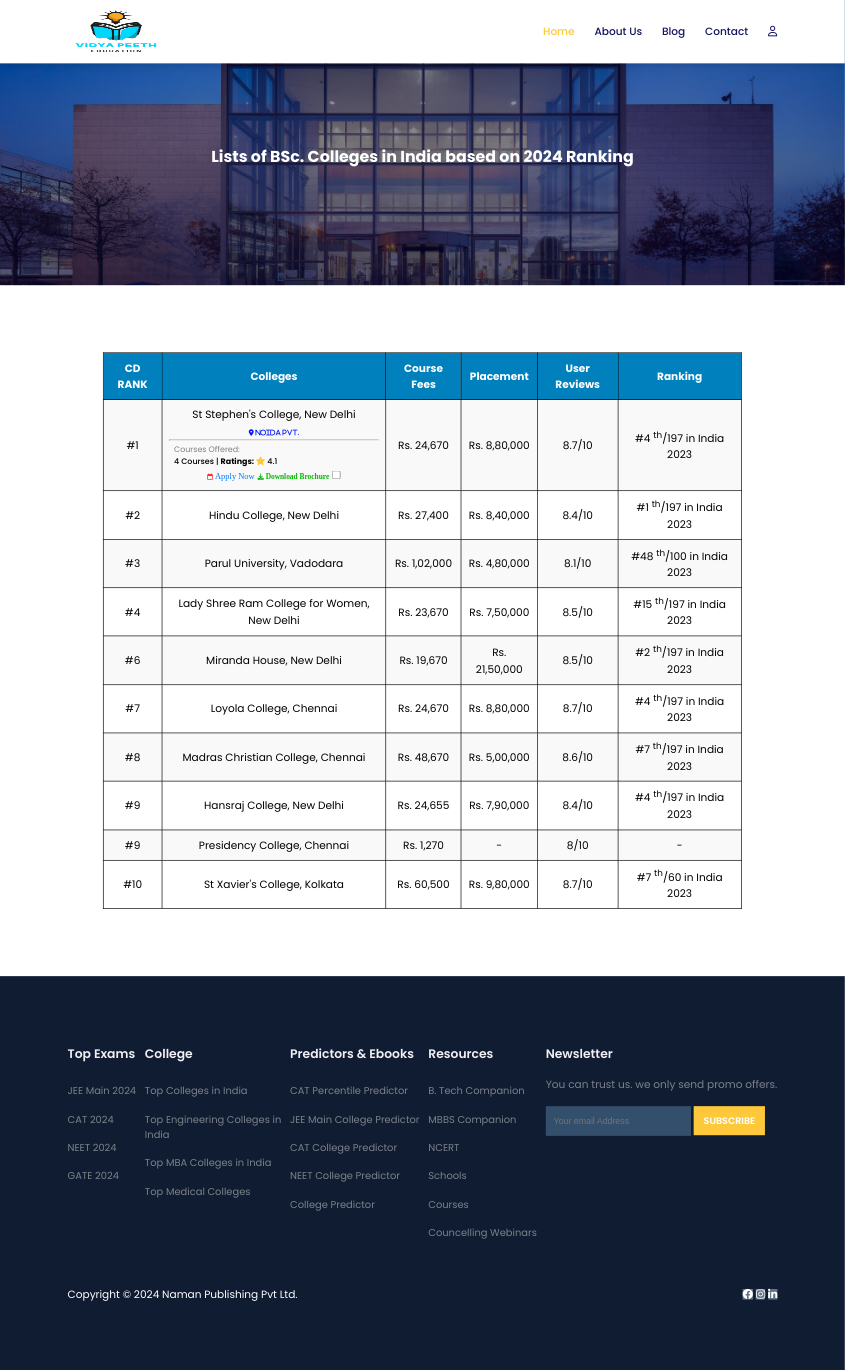
Repository: NamanSahu09/VidyaPreet-Ed-Tech-Website
Page: bsc.html
The author's editor kept a copy of each file at every save. The page is drawn from the files as they stood at one save, then again after the next save.
The browser window is 1280 px wide. The pictures show the whole page, at 66% of full size.
Some web libraries are served in a nearby version.

Above is the page before, as saved 2024-04-12 13:24:05.

### bsc.html
<!DOCTYPE html>
<html lang="en">
<head>
	<meta charset="UTF-8">
	<meta name="viewport" content="width=device-width, initial-scale=1.0">
	<title>Top BSc Colleges in India</title>

	<!-- font Awesome CDN link -->
	<link rel="stylesheet" href="https://cdnjs.cloudflare.com/ajax/libs/font-awesome/6.1.1/css/all.min.css" />

	<!-- External CSS -->
	<!-- <link rel="stylesheet" href="style.css"> -->
	<!-- <link rel="stylesheet" href="about.css"> -->
	<link rel="stylesheet" href="bsc.css">



	<!-- JQuery CDN link -->
	<script src="https://code.jquery.com/jquery-3.6.0.min.js" integrity="sha256-/xUj+3OJU5yExlq6GSYGSHk7tPXikynS7ogEvDej/m4=" crossorigin="anonymous"></script>
</head>
<body>
	<!-- Navigation start -->
	<nav>
		<img src="img/Vidya peeth.png" class="logo" alt="" height="70px"  width="250px"/>

		<div class="navigation">
			<ul>
				<i id="menu-close" class="fas fa-times"></i>
				<li><a href="index.html" class="active">Home</a></li>
				<li><a href="about.html">About Us</a></li>
				<li><a href="blog.html">Blog</a></li>
				<!-- <li><a href="courses.html">Courses</a></li> -->
				<li><a href="contact.html">Contact</a></li>
				<li><a href="#">
					<i class="far fa-user"></i>
					</a>
				</li>


			</ul>

			<img src="img/menu.png" id="menu-btn" alt="">
		</div>
	</nav>
	<!-- Navigation ends -->



  <!-- login sign-up-form -->

  <div class="form">
    <!-- login -->
    <div class="login-form">

      <!-- cancel-btn -->

      <a href="#" class="form-cancel">
        <i class="fas fa-times"></i>
      </a>


      <strong>Log In</strong>
      <!-- inputs -->
      <form >
        <input type="email" placeholder="Example@gmail.com" name="email" required>
        <input type="password" placeholder="Password" name="password" required>
        <!-- submit-btn -->
        <input type="submit" value="Log In">
      </form>

      <!-- Forget-and-signup -->
      <div class="form-btns">
          <a href="#" class="forget">Forget Your Password?</a>
          <a href="#" class="sign-up-btn">Create Account</a>
    </div>

    </div>




     <!-- Sign Up -->
     <div class="sign-up-form">

      <!-- cancel-btn -->

      <a href="#" class="form-cancel">
        <i class="fas fa-times"></i>
      </a>


      <strong>Sign In</strong>
      <!-- inputs -->
      <form >
        <input type="text" placeholder="Full Name" name="fullname" required>
        <input type="email" placeholder="Example@gmail.com" name="email" required>
        <input type="password" placeholder="Password" name="password" required>
        <!-- submit-btn -->
        <input type="submit" value="Sign Up">
      </form>

      <!-- Forget-and-signup -->
      <div class="form-btns">
          <a href="#" class="already-acount">Already have Account?</a>
    </div>

    </div>

  </div>







	<!-- Hero section starts from here -->
	<section id="about-home">
		<h2>
			Lists of BSc. Colleges in India based on 2024 Ranking
		</h2>
	</section>
	<!-- Hero section ends from here -->


	<section id="contact">


		<table cellspacing="10px" cellpadding="10px" border="1" align="center"  class="custom-table">
			<tr align="center">
	<th>CD RANK</th>
	<th>Colleges</th>
	<th>Course Fees</th>
	<th>Placement</th>
	<th>User Reviews</th>
	<th>Ranking</th>
	</tr>

	<tr align="center">
	<td>#1</td>
	<td><a href="https://www.ststephens.edu/">St Stephen's College, New Delhi</a><br>
		<i class="fa-solid fa-location-dot " style="font-size: 10px; "> Noida Pvt.</i>
		<hr>


	<p style="font-size: 12px; color: grey; margin-left: 0.5rem; margin-top: 4px;" align="left">Courses Offered:</p>
	<p align="left" style="margin-left: 0.5rem; font-size: 12px; font-weight: 500; ">4 Courses |
			<b>Ratings: </b><i align="left" class="fa-solid fa-star"></i> 4.1
	</p>



	<i class="fa-regular fa-calendar" align="left"><a href="https://www.ststephens.edu/"> Apply Now</a> </i>
	<i class="fa-solid fa-download" align="center"><a href=""> Download Brochure</a></i>
	<input type="checkbox">
	<label for="compare"></label>









	</td>
	<td>Rs. 24,670</td>
	<td>Rs. 8,80,000</td>
	<td>8.7/10</td>
	<td>#4 <sup>th</sup>/197 in India 2023 </td>
	</tr>

	<tr align="center">
	<td>#2</td>
	<td><a href="https://hinducollege.ac.in/">Hindu College, New Delhi  </a></td>
	<td>Rs. 27,400</td>
	<td>Rs. 8,40,000</td>
	<td>8.4/10</td>
	<td>#1 <sup>th</sup>/197 in India 2023 </td>
	</tr>	<tr align="center">
	<td>#3</td>
	<td><a href="https://paruluniversity.ac.in/">Parul University, Vadodara</a></td>
	<td>Rs. 1,02,000</td>
	<td>Rs. 4,80,000</td>
	<td>8.1/10</td>
	<td>#48 <sup>th</sup>/100 in India 2023 </td>
	</tr>	<tr align="center">
	<td>#4</td>
	<td>Lady Shree Ram College for Women, New Delhi</td>
	<td>Rs. 23,670</td>
	<td>Rs. 7,50,000</td>
	<td>8.5/10</td>
	<td>#15 <sup>th</sup>/197 in India 2023 </td>
	</tr>	<tr align="center">
	<td>#6</td>
	<td>Miranda House, New Delhi</td>
	<td>Rs. 19,670</td>
	<td>Rs. 21,50,000</td>
	<td>8.5/10</td>
	<td>#2 <sup>th</sup>/197 in India 2023 </td>
	</tr>	<tr align="center">
	<td>#7</td>
	<td>Loyola College, Chennai</td>
	<td>Rs. 24,670</td>
	<td>Rs. 8,80,000</td>
	<td>8.7/10</td>
	<td>#4 <sup>th</sup>/197 in India 2023 </td>
	</tr>	<tr align="center">
	<td>#8</td>
	<td>Madras Christian College, Chennai</td>
	<td>Rs. 48,670</td>
	<td>Rs. 5,00,000</td>
	<td>8.6/10</td>
	<td>#7 <sup>th</sup>/197 in India 2023 </td>
	</tr>	<tr align="center">
	<td>#9</td>
	<td>Hansraj College, New Delhi</td>
	<td>Rs. 24,655</td>
	<td>Rs. 7,90,000</td>
	<td>8.4/10</td>
	<td>#4 <sup>th</sup>/197 in India 2023 </td>
	</tr>	<tr align="center">
	<td>#9</td>
	<td>Presidency College, Chennai</td>
	<td>Rs. 1,270</td>
	<td> - </td>
	<td>8/10</td>
	<td > - </td>
	</tr>	<tr align="center">
	<td>#10</td>
	<td>St Xavier's College, Kolkata</td>
	<td>Rs. 60,500</td>
	<td>Rs. 9,80,000</td>
	<td>8.7/10</td>
	<td>#7 <sup>th</sup>/60 in India 2023 </td>
	</tr>


	</table>












	</section>






<!--
	<section id="map">
		<iframe src="https://www.google.com/maps/embed?pb=!1m18!1m12!1m3!1d30711686.029386617!2d64.41853642919325!3d20.009139591170264!2m3!1f0!2f0!3f0!3m2!1i1024!2i768!4f13.1!3m3!1m2!1s0x30635ff06b92b791%3A0xd78c4fa1854213a6!2sIndia!5e0!3m2!1sen!2sin!4v1652012148253!5m2!1sen!2sin" style="border:0;" allowfullscreen="" loading="lazy" referrerpolicy="no-referrer-when-downgrade"></iframe>
	</section> -->


	<!-- Footer section starts from here -->
	<footer>
		<div class="footer-col">
			<h3>Top Exams</h3>
			<li>JEE Main 2024</li>
			<li>CAT 2024</li>
			<li>NEET 2024</li>
			<li>GATE 2024</li>

		</div>

		<div class="footer-col">
			<h3>College</h3>
			<li>Top Colleges in India</li>
			<li>Top Engineering Colleges in <br>India</li>
			<li>Top MBA Colleges in India</li>
			<li>Top Medical Colleges</li>
		</div>

		<div class="footer-col">
			<h3>Predictors & Ebooks</h3>
			<li>CAT Percentile Predictor</li>
			<li>JEE Main College Predictor</li>
			<li>CAT College Predictor</li>
			<li>NEET College Predictor</li>
			<li>College Predictor</li>
		</div>

		<div class="footer-col">
			<h3>Resources</h3>
			<li>B. Tech Companion</li>
			<li>MBBS Companion</li>
			<li>NCERT</li>
			<li>Schools</li>
			<li>Courses</li>
			<li>Councelling Webinars</li>
		</div>

		<div class="footer-col">
			<h3>Newsletter</h3>
			<p>You can trust us. we only send promo offers.</p>

			<div class="subscribe">
				<input type="email" placeholder="Your email Address">
				<a href="#" class="yellow">SUBSCRIBE</a>
			</div>
		</div>

		<div class="copyright">
			<p align="center">
				Copyright &copy; 2024 Naman Publishing Pvt Ltd.
			</p>
			<div class="pro-links">
				<i class="fab fa-facebook"></i>
				<i class="fab fa-instagram"></i>
				<i class="fab fa-linkedin-in"></i>
			</div>
		</div>
	</footer>
	<!-- Footer section ends from here -->

	<script>
		// Show menu links on burger click
		$('#menu-btn').click(function(){
			$('nav .navigation ul').addClass('active')
		});

		// Hide navbar on click function
		$('#menu-close').click(function(){
			$('nav .navigation ul').removeClass('active')
		});

 /*---For Login and Sign-up----------------------------*/

 $(document).on('click', '.far.fa-user', function(){
    $('.form').addClass('login-active').removeClass('sign-up-active');
});

$(document).on('click', '.sign-up-btn', function(){
    $('.form').removeClass('login-active').addClass('sign-up-active');
});

$(document).on('click', '.form-cancel', function(){
    $('.form').removeClass('login-active').removeClass('sign-up-active');
});

$(document).on('click', '.already-acount', function(){
    $('.form').addClass('login-active').removeClass('sign-up-active');
});


	</script>

</body>
</html>

### bsc.css
@import url('https://fonts.googleapis.com/css2?family=Inter:wght@100;200;300;400;500&family=Poppins:ital,wght@0,100;0,200;0,300;0,400;0,500;0,600;0,700;0,800;0,900;1,700;1,800;1,900&display=swap');
*
{
	margin: 0;
	padding: 0;
	box-sizing: border-box;
}
body
{
	font-family: 'Poppins', sans-serif;
}
h1
{
	font-size: 2.5rem;
	font-weight: 700;
	color: rgb(35, 35, 85);
}

span
{
	font-size: .9rem;
}

h6
{
	font-size: 1.1rem;
	color: rgb(24, 24, 49);
}


/*------------- Navigation style start ------------*/
nav
{
	position: fixed;
	width: 100%;
	background-color: #fff;
	display: flex;
	justify-content: space-between;
	align-items: center;
	padding: 1vw 8vw;
	box-shadow: 2px 2px 10px rgba(0, 0, 0, 0.15);
	z-index: 1;
}

nav .logo
{
	width: 150px;
	cursor: pointer;
}

nav .navigation
{
	display: flex;
}

#menu-btn
{
	width: 30px;
	height: 30px;
	display: none;
}

#menu-close
{
	display: none;
}

nav .navigation ul
{
	display: flex;
	justify-content: flex-end;
	align-items: center;
}

nav .navigation ul li
{
	list-style: none;
	margin-left: 30px;
}

nav .navigation ul li a
{
	text-decoration: none;
	color: rgb(21, 21, 100);
	font-size: 16px;
	font-weight: 500;
	transition: 0.3s ease;
}

nav .navigation ul li a.active,
nav .navigation ul li a:hover
{
	color: #FDC93B;

}
/*------------- Navigation style end ------------*/

/* Login Form and Sign In form */


.form{
  width:100%;
  height: 100%;
  position: fixed;
  /* top: 0px;
  left: 0px; */
  background-color: rgba(0,0,0,0.2);
  display: flex;
  justify-content: center;
  align-items: center;
  flex-direction: column;
  z-index: 102;
}


.login-form,
.sign-up-form{
  width:420px;
  padding: 20px 10px;
  background-color: #ffffff;
  box-shadow: 2px 2px 30px rgba(0,0,0,0.1);
  display: flex;
  justify-content: center;
  align-items: center;
  flex-direction: column;
  border-radius: 5px;
  position: relative;

}
.login-form form,
.sign-up-form form{
  display: flex;
  justify-content: center;
  align-items: center;
  flex-direction: column;
  width: 100%;
}
.login-form strong,
.sign-up-form strong{
  color: #272727;
  font-size: 2rem;
  margin: 2px 7px 7px 7px;
  text-transform: uppercase;
  letter-spacing: 0.5px;
  font-weight: 500;
}
.login-form input,
.sign-up-form input{
  width:90%;
  height: 45px;
  margin: 6px 0px;
  padding: 0px 10px;
  border: 1px solid rgba(0,0,0,0.1);
  outline: none;
  border-radius: 7px;
}
.login-form input::placeholder,
.sign-up-form input::placeholder{
  color: rgba(0,0,0,0.5);
}
.login-form input[type="submit"],
.sign-up-form input[type="submit"]{
  background-color: #0b9d8a;
  color: #ffffff;
  border: none;
  outline: none;
  text-transform: uppercase;
  margin-top: 10px;
  border-radius: 3px;
  box-shadow: 2px 2px 30px rgba(0,0,0,0.1);
}
.form-btns{
  width: 90%;
  display: flex;
  justify-content: space-between;
  align-items: center;
  margin-top: 10px;
}
.form-btns a{
  color: #4d4d4d;
  font-size: 0.9rem;
}
.sign-up-btn{
  border-bottom: 1px solid #868686;
  line-height: 16px;
}
.form-cancel{
  position: absolute;
  right: 20px;
  top: 10px;
  color: #868686;
}
.login-form,
.sign-up-form,
.form{
  display: none;
}
.login-active,
.login-active .login-form{
  display: flex;
  animation: fade 0.3s;
}

.sign-up-active,
.sign-up-active .sign-up-form{
  display: flex;
  animation: fade 0.3s;
}
@keyframes fade{
  0%{
      opacity: 0;
  }
  100%{
      opacity: 1;
  }
}

/* - - - - - - - - - - - - - - - - - - - --  - - - - - - -  */






#contact
{
	padding: 8vw;
	display: flex;
	justify-content: space-between;
	align-items: flex-start;
}



/* ----------------------------------------------------------------------------------------------------- */

/* Table  */


.custom-table {
  width: 90%;
  margin: 0 auto;
  border-collapse: collapse;
}

/* Apply styles to table header cells (th) */
.custom-table th {
  background-color: #0081bd;
	color:white;
  border: 1px solid black;
  padding: 10px;
  text-align: center;
}

/* Apply styles to table data cells (td) */
.custom-table td {
  border: 1px solid black;
  padding: 10px;
  text-align: center;
}

/* Apply alternate background color to even rows */
.custom-table tr:nth-child(even) {
  background-color: #f9f9f9;
}




/* -------------------------------------------------------- */




#about-home {
	background-image: linear-gradient(rgba(9, 5, 54, 0.3), rgba(5, 4, 46, 0.7)), url(img/back1.jpg);
	width: 100%;
	height: 60vh;
	background-size: cover;
	background-position: center center;
	display: flex;
	flex-direction: column;
	justify-content: center;
	align-items: center;
	text-align: center;
	padding-top: 40px;
}

h2 {
	display: block;
	font-size: 1.5em;
	margin-block-start: 0.83em;
	margin-block-end: 0.83em;
	margin-inline-start: 0px;
	margin-inline-end: 0px;
	font-weight: bold;
	unicode-bidi: isolate;
	color:white;
}




table td a
{
	color:black;
	text-decoration: none;
}

table td a:hover
{
	text-decoration: underline;
	color: blue;
}


.class
{

}


 .fa-star
{
	color: #fdc93b;
	font-size: .8rem;
}
.star
{
	font-size: 0.7rem;
	/* background-color: #98adb7; */
  /* color:white; */
  padding: 10px;
  text-align: left;
}

.fa-location-dot
{
	color: #0015ff;
	font-size:0.1rem;
	text-align:left;
}



.fa-calendar
{
	font-size: 0.6rem;
	color:red
}

 .fa-calendar a
{
	font-size: 0.8rem;
	color:rgb(0, 119, 255);
	font-family: 'Times New Roman', Times, serif;
}

.fa-download
{
	font-size: 0.6rem;
	color:rgb(0, 184, 0);
}

.fa-download a
{
	font-size: 0.7rem;
	color:rgb(0, 184, 0);
	font-family: 'Times New Roman', Times, serif;
}
























































/*------------- Footer section styling starts ------------*/
footer
{
	padding: 8vw;
	background-color: #101c32;
	display: flex;
	justify-content: space-between;
	align-items: flex-start;
	flex-wrap: wrap;
}

footer .footer-col
{
	padding-bottom: 40px;
}

footer h3
{
	color: rgb(241, 240, 245);
	font-weight: 600;
	padding-bottom: 20px;
}

footer li
{
	list-style: none;
	color: #7b838a;
	padding: 10px 0;
	font-size: 15px;
	cursor: pointer;
	transition: 0.3s ease;
}

footer li:hover
{
	color: rgb(241, 240, 245);
}

footer p
{
	color: #7b838a;
}

footer .subscribe
{
	margin-top: 20px;
}

footer input
{
	width: 220px;
	padding: 15px 12px;
	background: #334F6C;
	border: none;
	outline: none;
	color: #fff;
}

footer .subscribe a
{
	text-decoration: none;
	font-size: 0.9rem;
	padding: 12px 15px;
	background-color: #fff;
	font-weight: 600;
}

footer .subscribe a.yellow
{
	color: #fff;
	background: #fdc93b;
	transition: 0.3s ease;
}

footer .subscribe a.yellow:hover
{
	color: rgb(21, 21, 100);
	background: #fff;
}

footer .copyright
{
	margin-top: 20px;
	width: 100%;
	display: flex;
	justify-content: space-between;
	align-items: center;
	flex-wrap: wrap;
}

footer .copyright p, footer .copyright p > a
{
	color: #fff;
	text-decoration: none;
}

footer .copyright .pro-links
{
	margin-top: 0px;
}

footer .copyright .pro-links i
{
	background-color: #5f7185;
	color: #fff;
}

footer .copyright .pro-links i:hover
{
	background: #fdc93b;
	color: #2c2c2c;
}
/*------------- Footer section styling ends ------------*/



/*---------------------------------------------------------*/
/*-------------------- Ipad screen styling ----------------*/
/*---------------------------------------------------------*/
@media screen and (max-width: 789px)
{
	nav
	{
		padding: 15px 20px;
	}

	nav img
	{
		width: 130px;
	}

	#menu-btn
	{
		display: initial;
	}

	#menu-close
	{
		display: initial;
		font-size: 1.6rem;
		color: #fff;
		padding: 30px 0 20px 20px;
	}

	nav .navigation ul
	{
		position: absolute;
		top: 0;
		right: -220px;
		display: flex;
		flex-direction: column;
		justify-content: flex-start;
		align-items: flex-start;
		width: 220px;
		height: 100vh;
		background: rgba(17, 20, 104, 0.45);
		backdrop-filter: blur(4.5px);
		border: 1px solid rgba(255, 255, 255, 0.18);
		transition: 0.3s ease-in;
	}

	nav .navigation ul.active
	{
		right: 0;
	}

	nav .navigation ul li
	{
		padding: 20px 0 20px 40px;
		margin-left: 0;
	}

	nav .navigation ul li a
	{
		color: #fff;
	}

	#home
	{
		padding: 0px;
	}

	#home p
	{
		width: 90%;
	}

	#features
	{
		padding: 8vw 4vw 0 4vw;
	}

	#course
	{
		padding: 8vw 4vw 8vw 4vw;
	}


	#registration
	{
		padding: 6vw 4vw 6vw 4vw;
		gap: 2.2rem;
	}

	#registration .reminder .time
	{
		display: flex;
		justify-content: space-between;
		flex-wrap: wrap;
		margin-top: 40px;
	}

	#experts
	{
		padding: 8vw 4vw 6vw 4vw;
	}

	footer .copyright .pro-links
	{
		margin-top: 20px;
	}
}


@media screen and (max-width: 475px)
{
	#registration
	{
		flex-direction: column;
	}

	.reminder p, .reminder h1
	{
		text-align: center;
	}

	.reminder h1
	{
		font-size: 1.8rem;
	}

	#registration .reminder .time
	{
		justify-content: space-evenly;
		margin-top: 20px;
	}
}

After the next save:
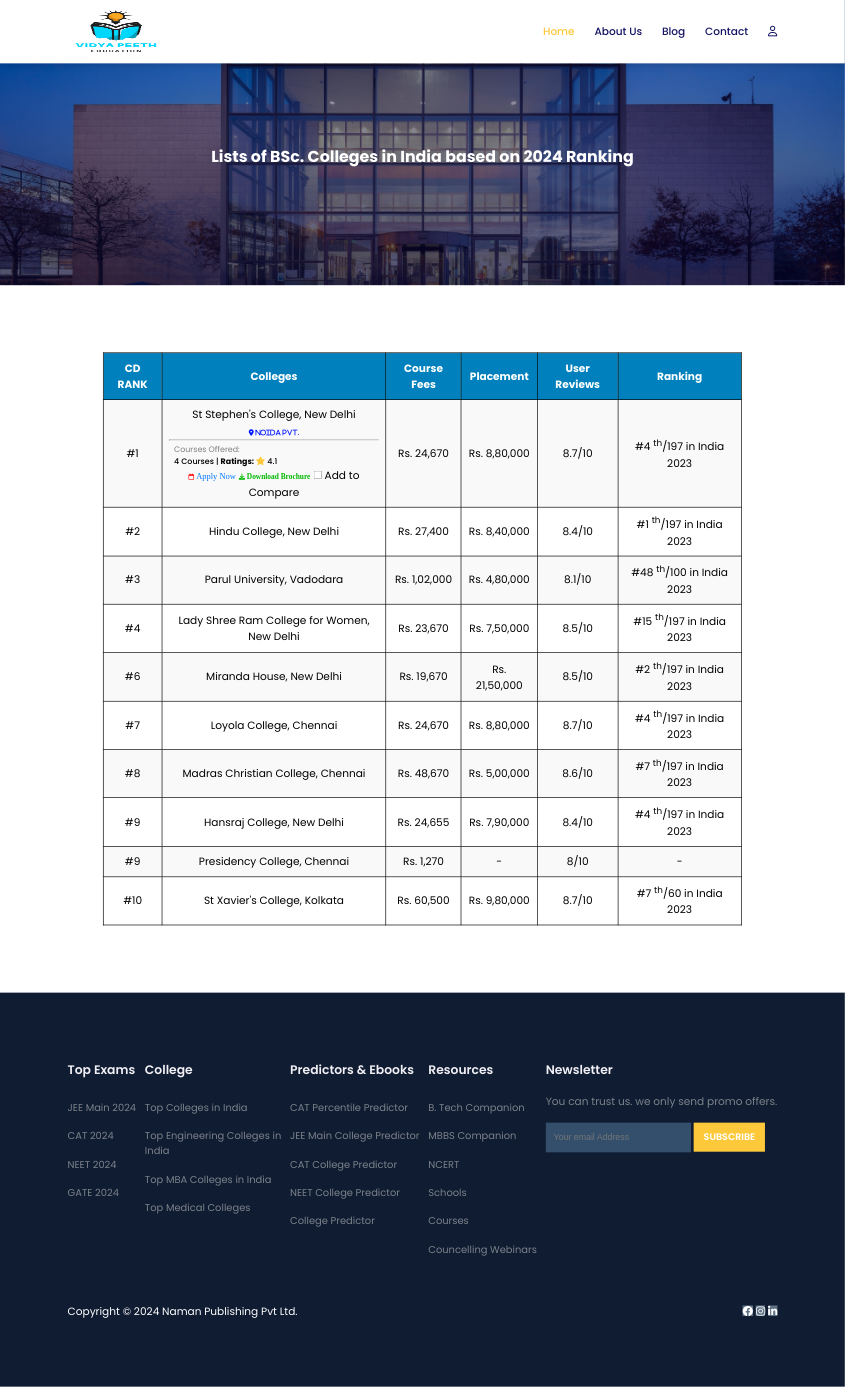
Saved 7 s later.
--- a/bsc.html
+++ b/bsc.html
@@ -153,7 +153,7 @@
 	<i class="fa-regular fa-calendar" align="left"><a href="https://www.ststephens.edu/"> Apply Now</a> </i>
 	<i class="fa-solid fa-download" align="center"><a href=""> Download Brochure</a></i>
 	<input type="checkbox">
-	<label for="compare"></label>
+	<label for="compare"> Add to Compare</label>
 
 
 

After the 2 saves that followed:
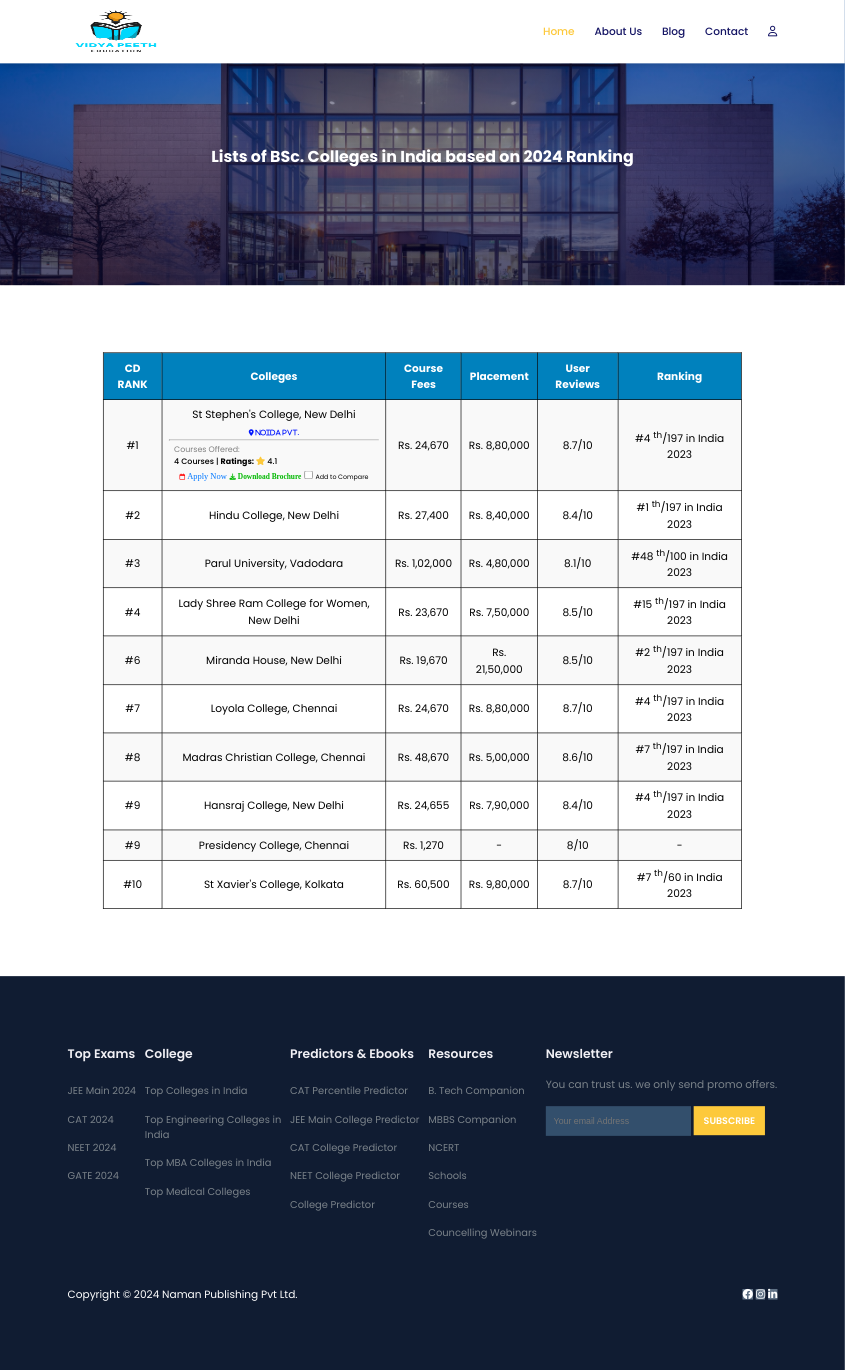
The 2 saves are shown as one change because 1 left the picture as it was.
The last was saved 14 s later.
--- a/bsc.css
+++ b/bsc.css
@@ -370,7 +370,10 @@
 }
 
 
-
+label
+{font-size: 0.6rem;
+
+}
 
 
 
